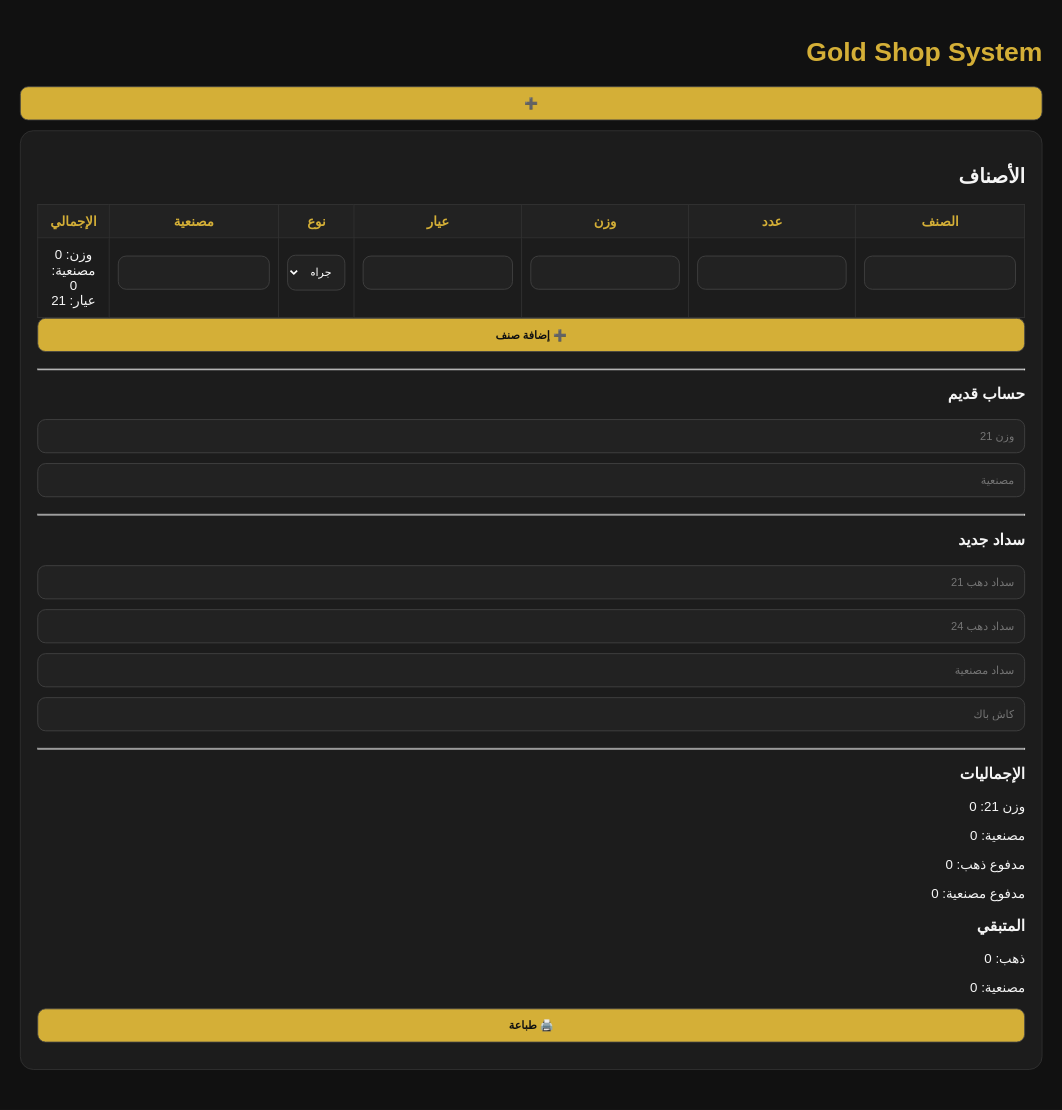
Repository: erineehab27/gold-shop
Page: /
The author's editor kept a copy of each file at every save. The page is drawn from the files as they stood at one save, then again after a run of saves.
The browser window is 1280 px wide. The pictures show the whole page, at 83% of full size.
The project was rebuilt for these pictures with package versions that can differ from the ones it lists, and the page was loaded fresh each time. Also part of the build but not shown: vite.config.js, src/printpage.jsx.

Above is the page before, as saved 2026-05-11 12:53:11.

### index.html
<!doctype html>
<html lang="en">
  <head>
    <meta charset="UTF-8" />
    <link rel="icon" type="image/svg+xml" href="/favicon.svg" />
    <meta name="viewport" content="width=device-width, initial-scale=1.0" />
    <title>gold-shop-system</title>
  </head>
  <body>
    <div id="root"></div>
    <script type="module" src="/src/main.jsx"></script>
  </body>
</html>

### src/main.jsx
// import React from "react";
// import ReactDOM from "react-dom/client";
// import App from "./App.jsx";

// ReactDOM.createRoot(document.getElementById("root")).render(
//   <React.StrictMode>
//     <App />
//   </React.StrictMode>
// );





import React from "react";
import ReactDOM from "react-dom/client";
import App from "./App.jsx";
import PrintPage from "./printpage.jsx";
import { BrowserRouter, Routes, Route } from "react-router-dom";

ReactDOM.createRoot(document.getElementById("root")).render(
  <BrowserRouter>
    <Routes>
      <Route path="/" element={<App />} />
      <Route path="/print" element={<PrintPage />} />
    </Routes>
  </BrowserRouter>
);

### src/App.css
body {
  margin: 0;
  font-family: Arial, sans-serif;
  background: #111;
  color: #f5f5f5;
  direction: rtl;
}

.app {
  padding: 24px;
}

h1 {
  color: #d4af37;
}

.grid {
  display: grid;
  grid-template-columns: 1fr 1fr;
  gap: 24px;
}

.card {
  background: #1c1c1c;
  border: 1px solid #333;
  border-radius: 16px;
  padding: 20px;
  margin-bottom: 24px;
}

input,
textarea,
select,
button {
  width: 100%;
  padding: 12px;
  margin-bottom: 12px;
  border-radius: 10px;
  border: 1px solid #444;
  box-sizing: border-box;
}

input,
textarea,
select {
  background: #222;
  color: white;
}

button {
  background: #d4af37;
  color: #111;
  font-weight: bold;
  cursor: pointer;
}

.customer {
  padding: 12px;
  background: #222;
  margin-bottom: 8px;
  border-radius: 10px;
  cursor: pointer;
}

.customer:hover {
  background: #333;
}

.customer span {
  display: block;
  color: #aaa;
  margin-top: 4px;
}

table {
  width: 100%;
  border-collapse: collapse;
  margin-top: 16px;
}

th,
td {
  border: 1px solid #333;
  padding: 10px;
  text-align: center;
}

th {
  background: #222;
  color: #d4af37;
}

.debt {
  color: #ff6b6b;
}

.credit {
  color: #4ade80;
}

.plus{
  width: ;

}

Loaded but not shown: src/App.jsx (972 lines, source omitted)

After the next 2 saves:
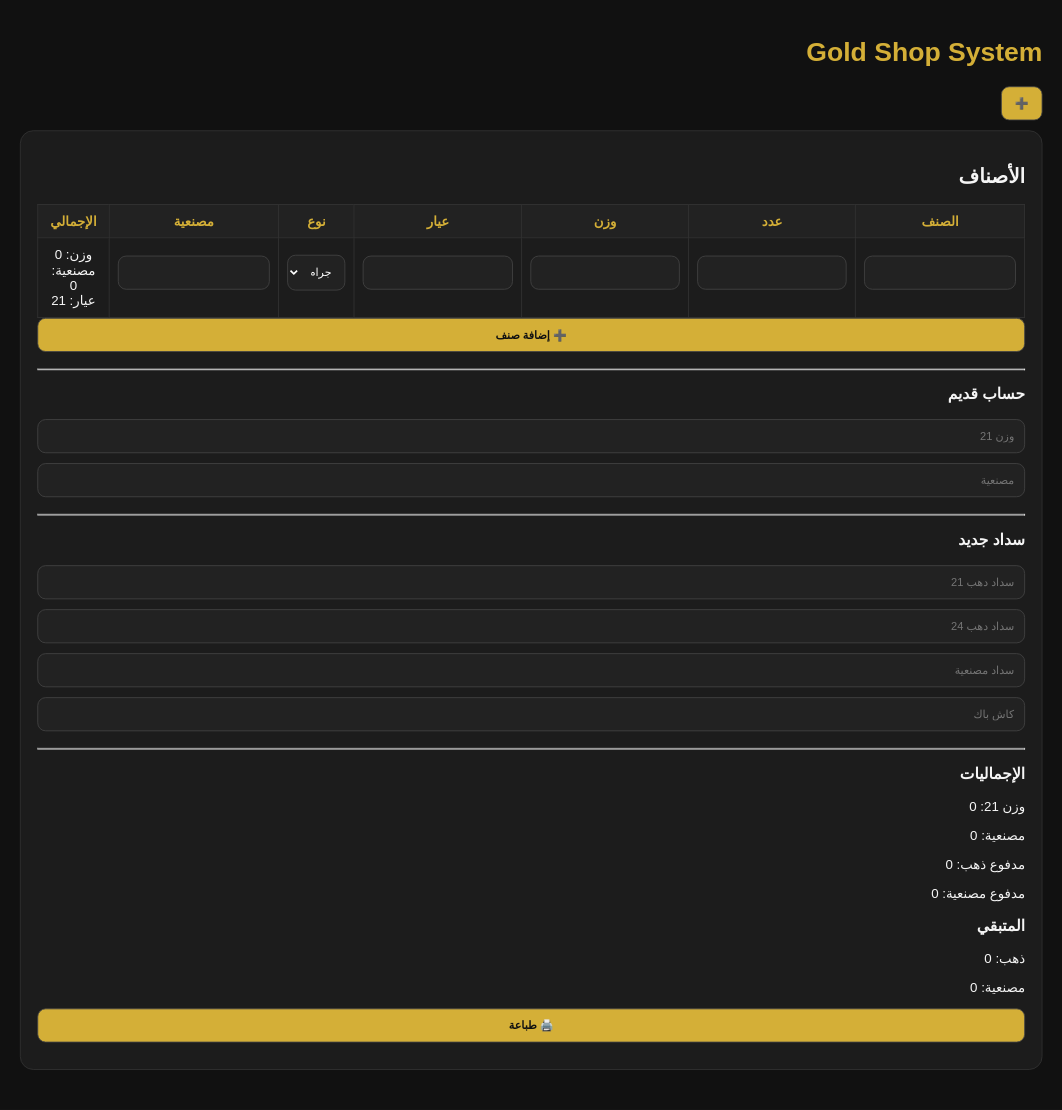
The 2 saves are shown as one change because they came seconds apart.
The last was saved 6 s later.
--- a/src/App.css
+++ b/src/App.css
@@ -99,6 +99,6 @@ th {
 }
 
 .plus{
-  width: ;
+  width: 50px;
 
 }
